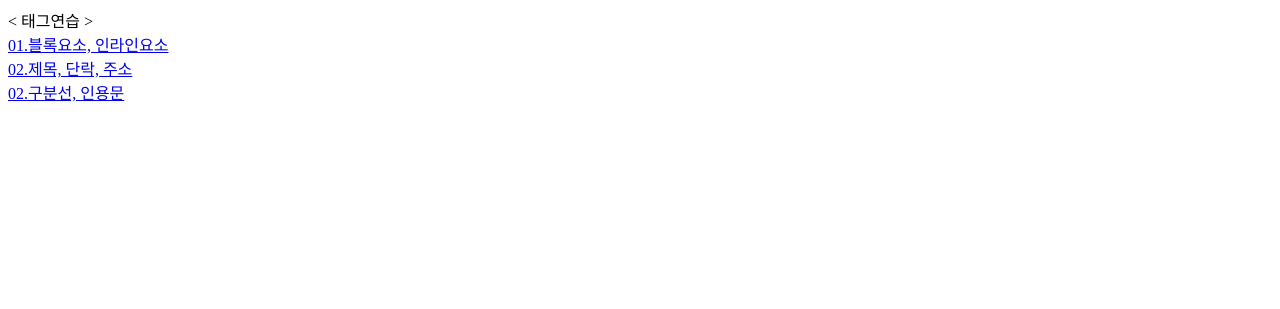
Repository: RUCKUSJERRY/PracticeOfUI
Page: UI01_HTML/WebContent/index.html
An editor plug-in stored every save of this project. The page is shown before and after the next save, followed by the edit.
The browser window is 1280 px wide. The pictures show the whole page.

Above is the page before, as saved 2021-01-14 04:58:43.

After the next save:
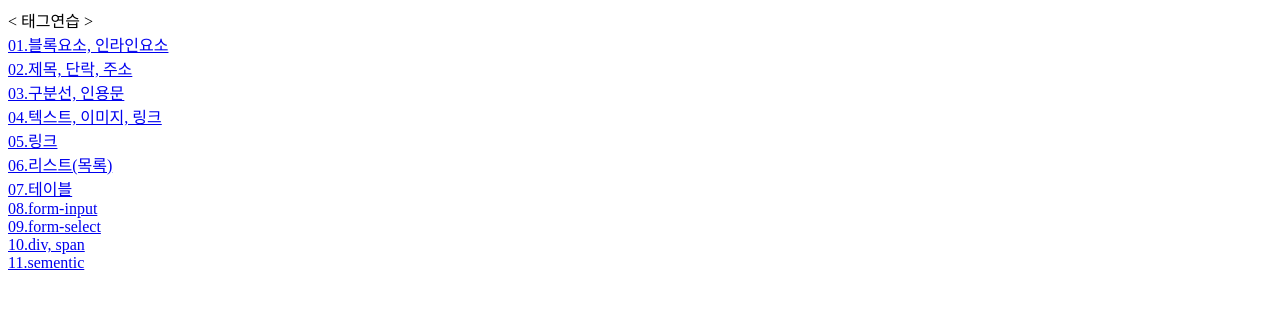
Saved 9 min 0 s later.
--- a/UI01_HTML/WebContent/index.html
+++ b/UI01_HTML/WebContent/index.html
@@ -20,7 +20,15 @@
 
 	<a href="html01-block-inline.html">01.블록요소, 인라인요소</a><br/>
 	<a href="html02-title-paragraph.html">02.제목, 단락, 주소</a><br/>
-	<a href="html03-hr-quotation.html">02.구분선, 인용문</a><br/>
+	<a href="html03-hr-quotation.html">03.구분선, 인용문</a><br/>
+	<a href="html04-text-img.html">04.텍스트, 이미지, 링크</a><br/>
+	<a href="html05-a.html">05.링크</a><br/>
+	<a href="html06-list.html">06.리스트(목록)</a><br/>
+	<a href="html07-table.html">07.테이블</a><br/>
+	<a href="html08-form01.html">08.form-input</a><br/>
+	<a href="html09-form02.html">09.form-select</a><br/>
+	<a href="html10-grouping.html">10.div, span</a><br/>
+	<a href="html11-html5.html">11.sementic</a><br/>
 
 </body>
 </html>
